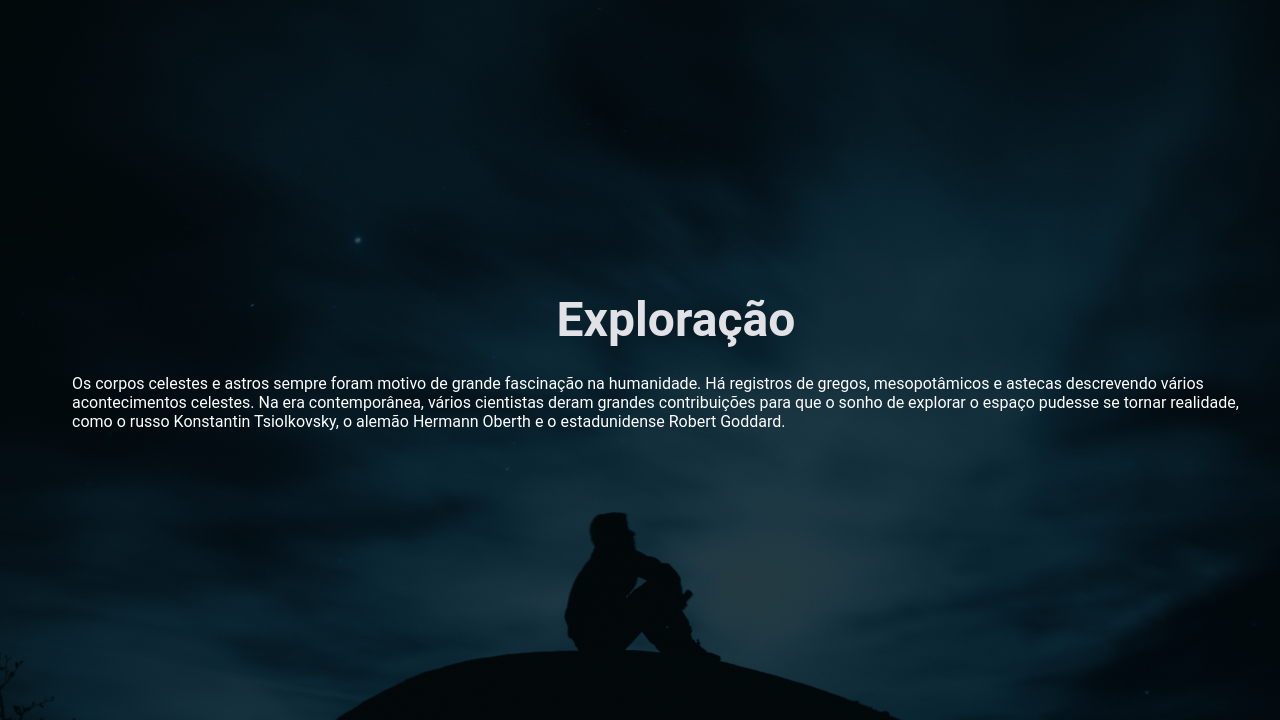
Repository: eltonneiferson/spaUniverse
Page: exploration.html
These files come from the project's save history. The page is drawn as it stood at one moment and after the next save; the edit follows.
The browser window is 1280 px wide. The pictures show the whole page.

Above is the page before, as saved 2022-10-26 23:15:59.

After the next save:
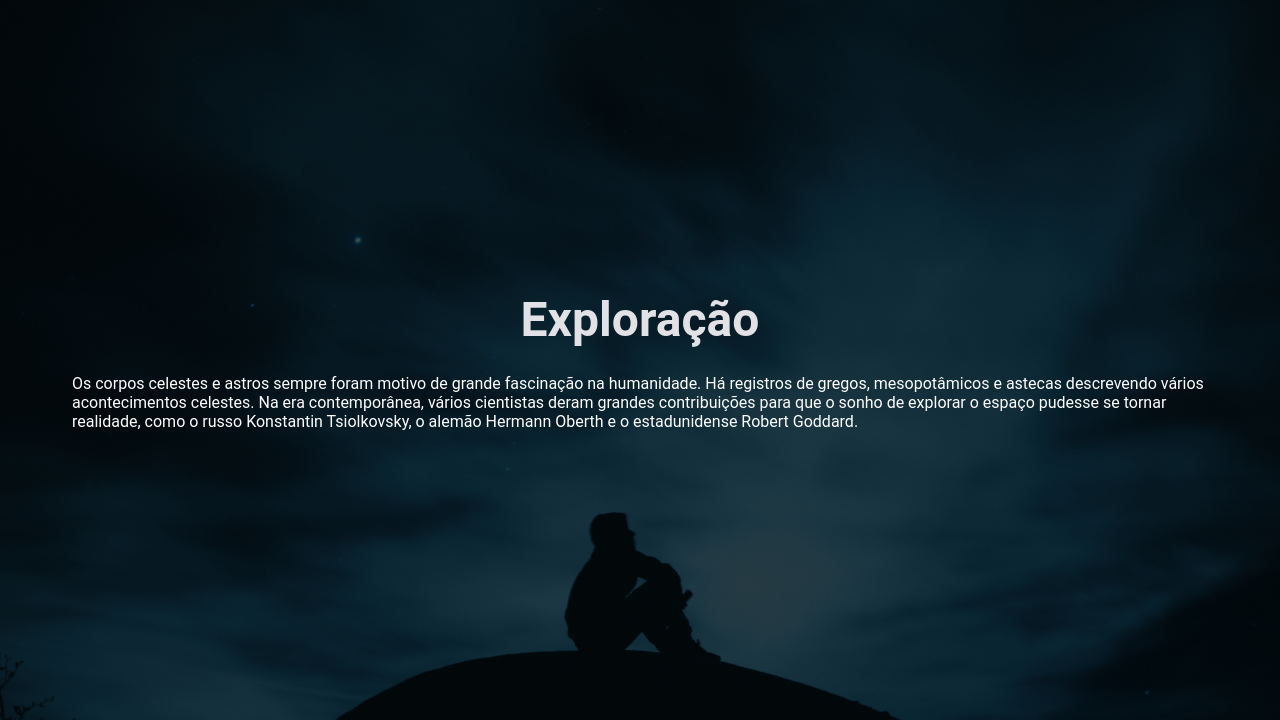
Saved 11 s later.
--- a/index.css
+++ b/index.css
@@ -42,7 +42,7 @@ nav a:hover {
 main {
     width: 100vw;
     min-height: 100vh;
-    padding-left: 72px;
+    padding: 72px;
     background-image: url(bkg1.png);
     background-position: bottom;
     background-size: cover;
